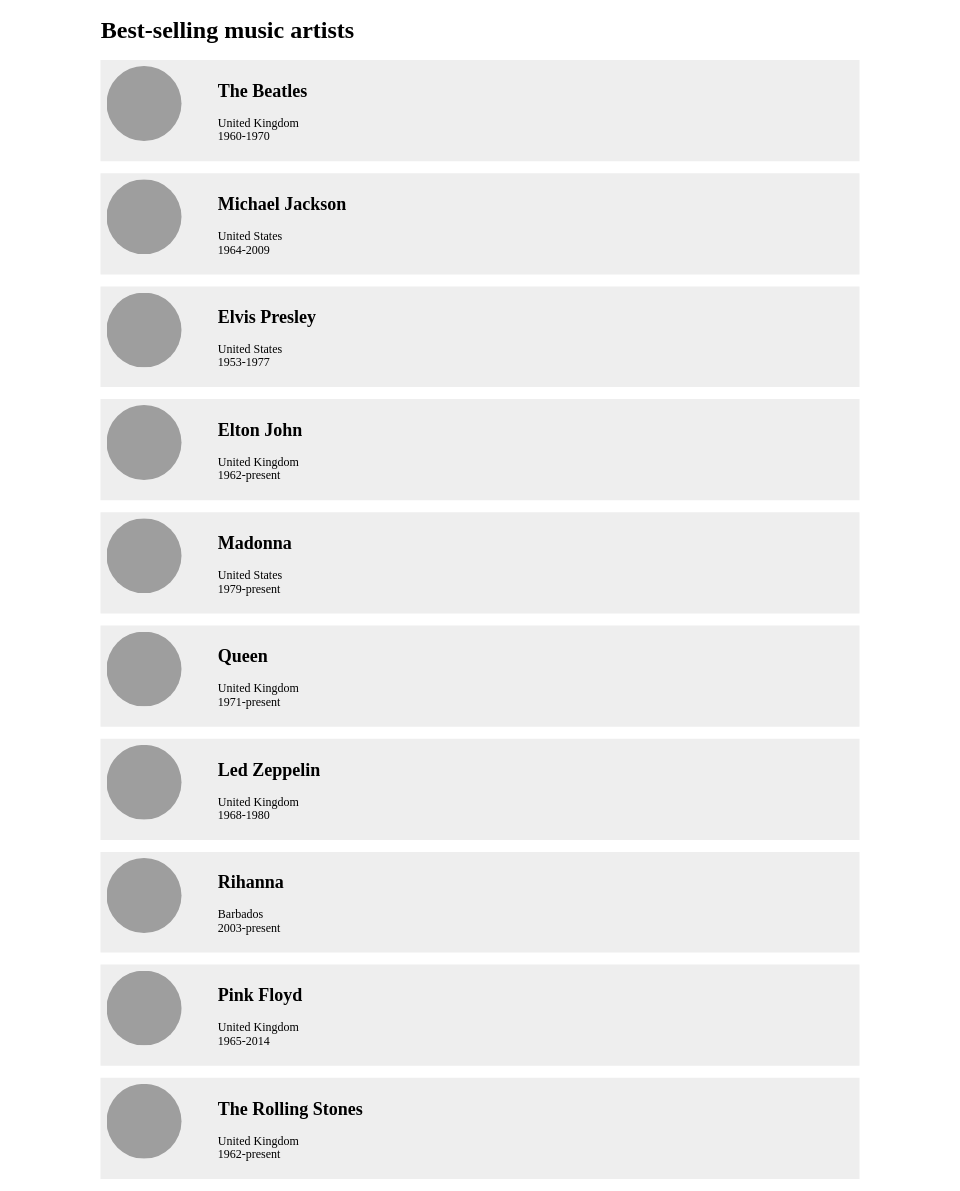
Repository: MonicaNguyenH/Frontend_Week3_Lab2_HW
Page: /
The author's editor kept a copy of each file at every save. The page is drawn from the files as they stood at one save, then again after a run of saves.
The browser window is 1280 px wide. The pictures show the whole page, at 75% of full size.
Pictures or frames that could not be fetched are drawn as grey boxes. The project was rebuilt for these pictures with package versions that can differ from the ones it lists, and the page was loaded fresh each time. Also part of the build but not shown: vite.config.js.

Above is the page before, as saved 2024-09-19 23:56:18.

### src/App.jsx
import { artists } from './best-selling-music-artists';
import ArtistDetails from './components/ArtistDetails';

function App() {

  const artistList = artists.map(artist => <ArtistDetails key={artist.name} artist={artist} />);
  // const productList = PRODUCTS.map(product => <Product key={product.name} product={product} />);

  return (
    <div className="app">
      <header className="header">
        <h1>Best-selling music artists</h1>
      </header>
      <main>
        {artistList}
      </main>
    </div>
  );
}

export default App;

### src/index.css
.app {
    width: 80%;
    margin: 0 auto;
}



.artist-card {
    display: flex;
    gap: 1em;
    background-color: #eee;
    padding: 0.5em;
}

/* Excludes the last element */
.artist-card:not(last-child) {
    margin-bottom: 1em;
}

.artist-url {
    position: relative;
    width: 100px;
    height: 100px;
    overflow: hidden;
    border-radius: 50%;
}

.artist-url img {
    width: 100%;
    height: 100%;
    object-fit: cover;
}

.artist-bio {
    margin-left: 2em;
}

### src/best-selling-music-artists.js
export const artists = [
    {
        name: 'The Beatles',
        photo_url: "https://upload.wikimedia.org/wikipedia/commons/9/9f/Beatles_ad_1965_just_the_beatles_crop.jpg",
        country: "United Kingdom",
        years_active: "1960-1970",
    },
    {
        name: 'Michael Jackson',
        photo_url: "https://upload.wikimedia.org/wikipedia/commons/8/83/Michael_Jackson_Dangerous_World_Tour_1993_cropped.png",
        country: "United States",
        years_active: "1964-2009",
    },
    {
        name: 'Elvis Presley',
        photo_url: "https://upload.wikimedia.org/wikipedia/commons/1/16/Elvis_Presley_1973_RCA_Records_and_Tapes_publicity_2_-_cropped.png",
        country: "United States",
        years_active: "1953-1977",
    },
    {
        name: 'Elton John',
        photo_url: "https://upload.wikimedia.org/wikipedia/commons/7/74/Elton_John_1980.png",
        country: "United Kingdom",
        years_active: "1962-present",
    },
    {
        name: 'Madonna',
        photo_url: "https://upload.wikimedia.org/wikipedia/commons/4/47/Madonna_II_A_1_%28cropped%29.jpg",
        country: "United States",
        years_active: "1979-present",
    },
    {
        name: 'Queen',
        photo_url: "https://upload.wikimedia.org/wikipedia/commons/a/ac/FreddieMercuryNov1977.jpg",
        country: "United Kingdom",
        years_active: "1971-present",
    },
    {
        name: 'Led Zeppelin',
        photo_url: "https://upload.wikimedia.org/wikipedia/commons/c/cc/Robert_Plant_at_the_Palace_Theatre%2C_Manchester.jpg",
        country: "United Kingdom",
        years_active: "1968-1980",
    },
    {
        name: 'Rihanna',
        photo_url: "https://upload.wikimedia.org/wikipedia/commons/b/b3/Rihanna_concert_in_Washington_DC_%28cropped%29.jpg",
        country: "Barbados",
        years_active: "2003-present",
    },
    {
        name: 'Pink Floyd',
        photo_url: "https://upload.wikimedia.org/wikipedia/commons/f/f2/David_Gilmour_Argentina_2015_%28cropped%29.jpg",
        country: "United Kingdom",
        years_active: "1965-2014",
    },
    {
        name: 'The Rolling Stones',
        photo_url: "https://upload.wikimedia.org/wikipedia/commons/0/06/Keith_Richards%2C_Mick_Jagger_performing_with_Rolling_Stones_at_Prudential_Center_2012-12-13.jpg",
        country: "United Kingdom",
        years_active: "1962-present",
    },
];

### src/components/ArtistDetails.jsx
export default function ArtistDetails(props) {

    const {artist} = props;

    return (
        <div className="artist-card">
            <div className="artist-url">
                <img src={artist.photo_url} alt="" />
            </div>
            <div className="artist-bio">
                <h2 className="artist-name">{artist.name}</h2>
                <p>
                    <span className="artist-country">{artist.country}</span>
                    <br/>
                    <span className="artist-years-active">{artist.years_active}</span>
                </p>
            </div>
        </div>
    )
}

Loaded but not shown: index.html (common file); src/main.jsx (common file)

After the next 2 saves:
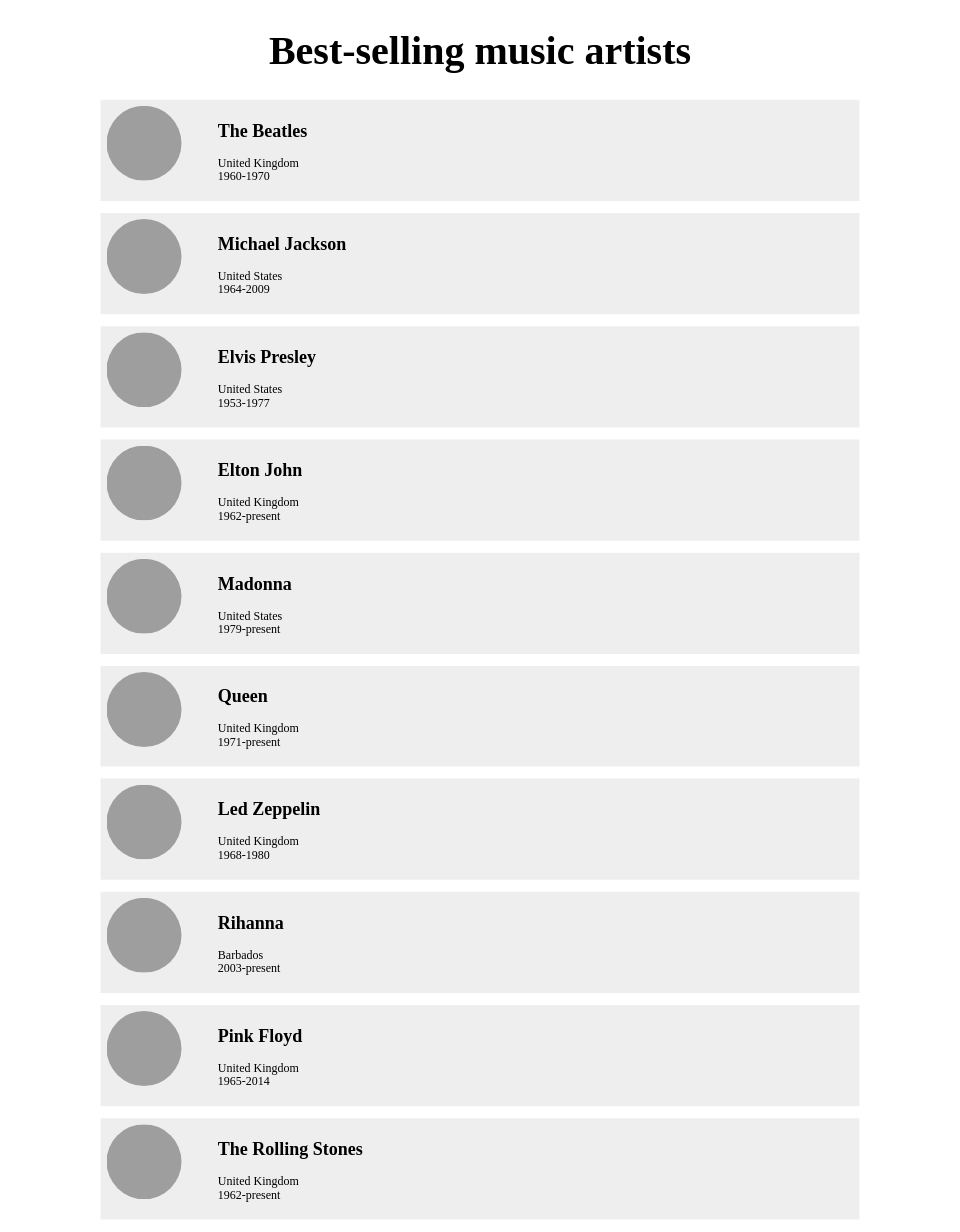
The 2 saves are shown as one change because they came seconds apart.
The last was saved 19 s later.
--- a/src/index.css
+++ b/src/index.css
@@ -3,7 +3,10 @@
     margin: 0 auto;
 }
 
-
+.header h1 {
+    text-align: center;
+    font-size: 40pt;
+}
 
 .artist-card {
     display: flex;
